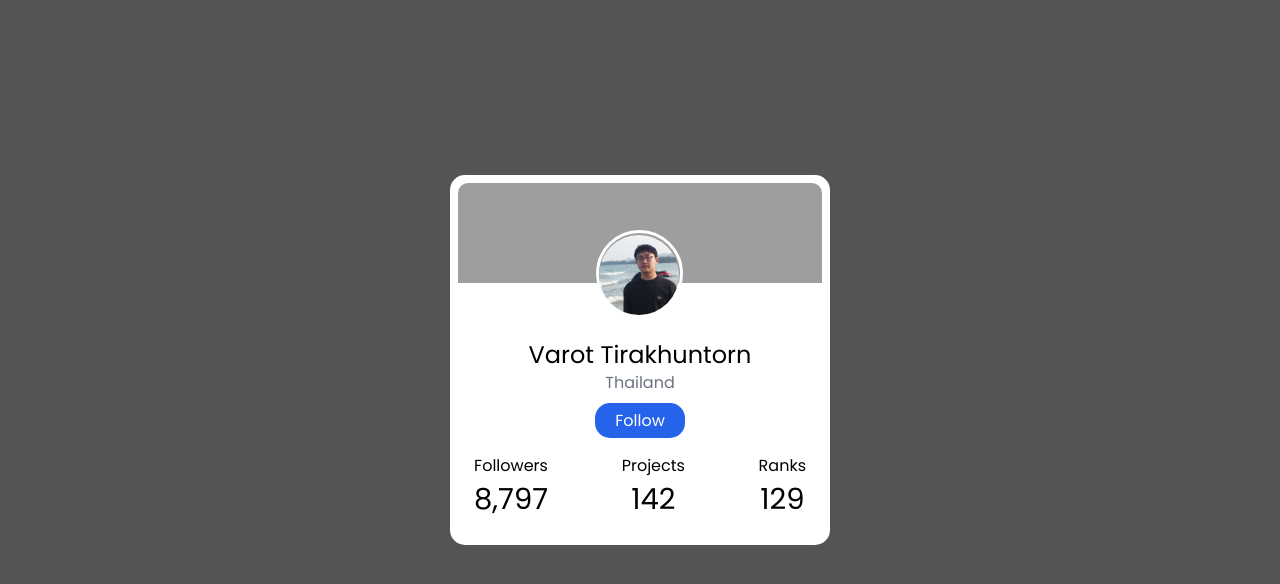
Repository: varotsk137/INT203_62130500080
Page: 62130500080_groupwork_2/myprofile.html
These files come from the project's save history. The page is drawn as it stood at one moment and after the next save; the edit follows.
The browser window is 1280 px wide. The pictures show the whole page.
Pictures or frames that could not be fetched are drawn as grey boxes.

Above is the page before, as saved 2021-02-03 11:02:55.

After the next save:
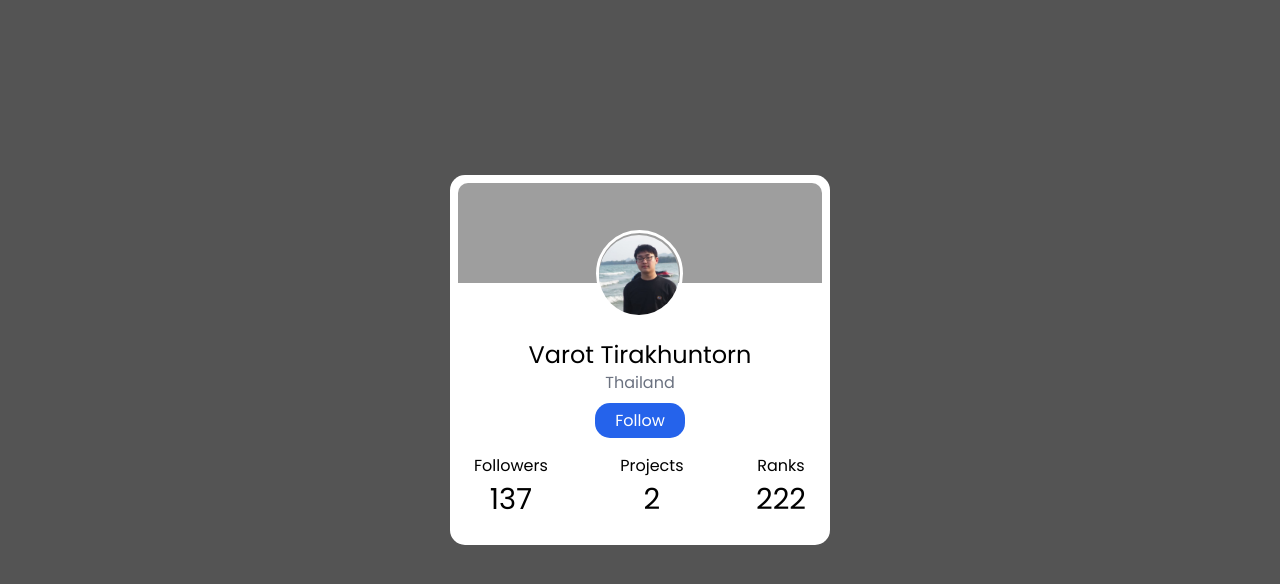
Saved 29 s later.
--- a/62130500080_groupwork_2/myprofile.html
+++ b/62130500080_groupwork_2/myprofile.html
@@ -96,13 +96,13 @@
           class="follow text-white bg-blue-600 hover:bg-blue-700 transition ease-in-out duration-500">Follow</button>
         <div class="flex justify-between items-center mt-4 px-4">
           <div class="stats">
-            <h6 class="mb-0">Followers</h6> <span>8,797</span>
+            <h6 class="mb-0">Followers</h6> <span>{{ follower }}</span>
           </div>
           <div class="stats">
-            <h6 class="mb-0">Projects</h6> <span>142</span>
+            <h6 class="mb-0">Projects</h6> <span>{{ projects }}</span>
           </div>
           <div class="stats">
-            <h6 class="mb-0">Ranks</h6> <span>129</span>
+            <h6 class="mb-0">Ranks</h6> <span>{{ ranks }}</span>
           </div>
         </div>
       </div>
